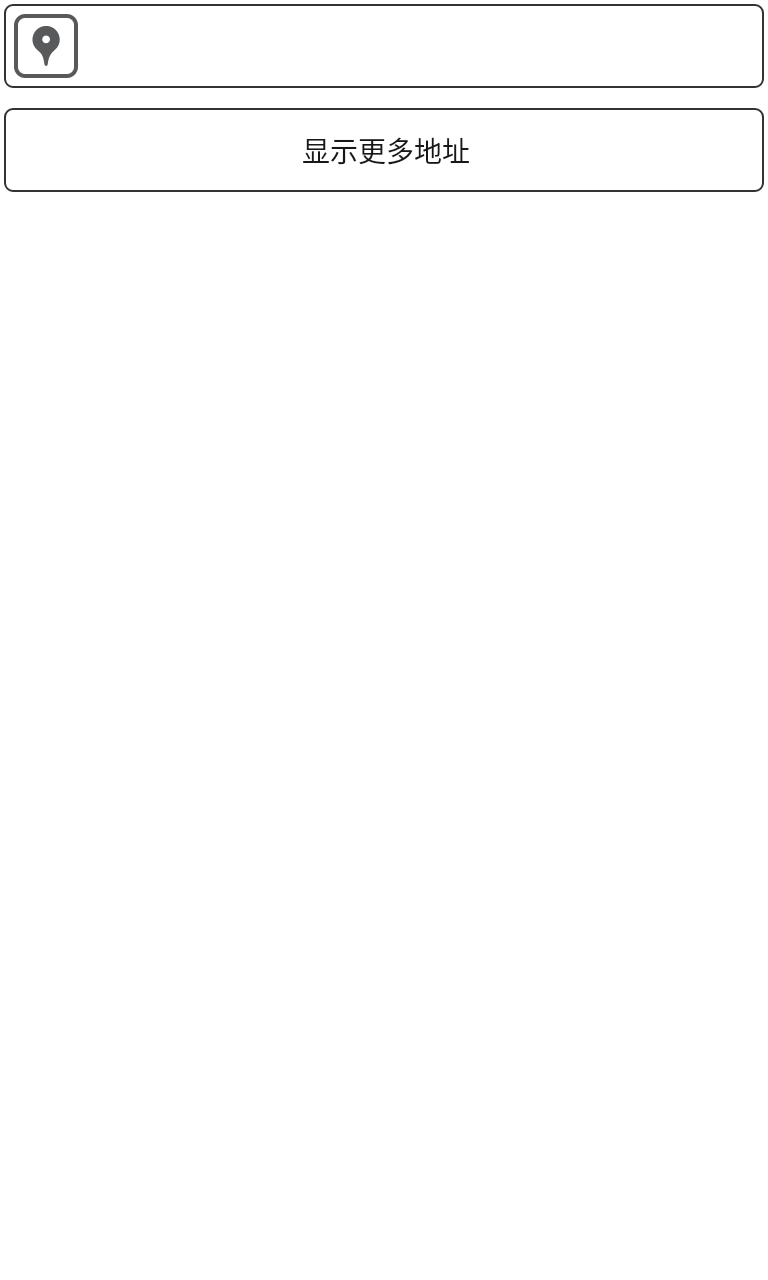
Repository: jornel/Jianjian
Layout: android/res/layout/venue_picker_page.xml
The author's editor kept a copy of each file at every save. The layout is drawn from the files as they stood at one save, then again after the next save.
It is drawn on a 768 x 1280 px phone screen (xhdpi) without system bars, with theme JianjianTheme; the app's code is not run. Lists and similar views that code fills are empty.

Above is the layout before, as saved 2011-06-05 13:43:50.

### android/res/layout/venue_picker_page.xml
<?xml version="1.0" encoding="utf-8"?>

<!-- Copyright 2010 Mark Wyszomierski -->

<LinearLayout
  xmlns:android="http://schemas.android.com/apk/res/android"
  android:orientation="vertical"
  android:layout_width="fill_parent"
  android:layout_height="fill_parent"
  android:padding="2dip"
  android:background="@color/white"
  >

  <LinearLayout
    android:id="@+id/venuePickerRootVenueButton"
    android:layout_width="fill_parent"
    android:layout_height="wrap_content"
    android:orientation="horizontal"
    android:gravity="center_vertical"
    android:paddingTop="5dip"
    android:paddingBottom="5dip"
    android:focusable="true"
    android:background="@drawable/border_round_rect_selector"
    >

    <ImageView
      android:id="@+id/venuePickerIcon"
      android:layout_width="32dip"
      android:layout_height="32dip"
      android:src="@drawable/venue_none"
      android:scaleType="fitCenter"
      android:gravity="center_horizontal"
      android:layout_marginLeft="5dip" />

    <TextView
      android:id="@+id/venuePickerName"
      android:layout_width="fill_parent"
      android:layout_height="wrap_content"
      android:textColor="@color/black_end"
      android:textAppearance="@android:style/TextAppearance.Small"
      android:singleLine="true"
      android:ellipsize="marquee"
      android:layout_gravity="center_vertical"
      android:paddingLeft="9dip" />

  </LinearLayout>

  <LinearLayout
    android:id="@+id/venuePickerRootVenueButton"
    android:layout_width="fill_parent"
    android:layout_height="wrap_content"
	android:minHeight="10dip"
    />

  <ListView
    android:id="@+id/venuePickerListView"
    android:layout_width="fill_parent"
    android:layout_height="wrap_content"
    android:dividerHeight="1dip"
    android:divider="#444"
    android:drawSelectorOnTop="false"
    android:scrollbars="vertical"
    android:cacheColorHint="#FFF" />

  <LinearLayout
    android:id="@+id/venueloadingMoreVenueButton"
    android:layout_width="fill_parent"
    android:layout_height="wrap_content"
    android:orientation="horizontal"
    android:gravity="center_vertical"
    android:paddingTop="5dip"
    android:paddingBottom="5dip"
    android:focusable="true"
    android:background="@drawable/border_round_rect_selector"
    >

    <TextView
      android:id="@+id/venuePickerName"
      android:layout_width="fill_parent"
      android:layout_height="32dip"
      android:text="@string/more_venues"
      android:textColor="@color/black_end"
      android:textAppearance="@android:style/TextAppearance.Small"
      android:gravity="center"
      android:ellipsize="marquee"
      android:paddingLeft="9dip" />

  </LinearLayout>


</LinearLayout>

### android/res/values/sytles.xml
<?xml version="1.0" encoding="utf-8"?>
<resources>
   <style parent="@android:style/Theme.Light" name="JianjianTheme">
   </style>

   <style name="TextViewStyleTabMainNav">
    <item name="android:textSize">12dip</item>
    <item name="android:textColor">@drawable/tab_main_nav_text_selector</item>
   </style>
   <style name="TextViewStyleUserDetailsActivityTitle">
    <item name="android:textSize">20dip</item>
    <item name="android:textColor">@color/white</item>
    <item name="android:textStyle">bold</item>
   </style>
     <style name="TextViewStyleUserDetailsActivityLastSeen">
    <item name="android:textSize">14dip</item>
    <item name="android:textColor">@color/white</item>
  </style>

  <style name="TextViewStyleUserDetailsActivityGeneralTitle">
    <item name="android:textSize">11dip</item>
    <item name="android:textColor">@color/white</item>
    <item name="android:textStyle">bold</item>
  </style>

  <style name="TextViewStyleUserDetailsActivityGeneralValue">
    <item name="android:textSize">18dip</item>
    <item name="android:textColor">@color/white</item>
    <item name="android:textStyle">bold</item>
  </style>

  <style name="TextViewStyleVenueActivityBold">
    <item name="android:textSize">14dip</item>
    <item name="android:textStyle">bold</item>
  </style>

  <!-- Used in user details for adding or confirming a friend. -->
  <style name="friendButton">
    <item name="android:background">@drawable/friend_button_selector</item>
    <item name="android:textAppearance">@android:style/TextAppearance.Small</item>
    <item name="android:textColor">@android:color/white</item>
    <item name="android:padding">5dip</item>
    <item name="android:textStyle">bold</item>
  </style>

    <!-- Header divider used with separated list adapter. -->
  <style name="listSeparatorTextViewStyle">
    <item name="android:layout_width">fill_parent</item>
    <item name="android:layout_height">wrap_content</item>
    <item name="android:paddingTop">3dip</item>
    <item name="android:paddingBottom">4dip</item>
    <item name="android:paddingLeft">9dip</item>
    <item name="android:background">@drawable/listview_header_background</item>
    <item name="android:textAppearance">@style/TextViewStyleHeaderDivider</item>
  </style>

  <style name="TextViewStyleHeaderDivider">
    <item name="android:textSize">14dip</item>
    <item name="android:textColor">#333</item>
    <item name="android:textStyle">bold</item>
  </style>
</resources>

### android/res/values/colors.xml
<?xml version="1.0" encoding="utf-8"?>
  <!-- Copyright (C) 2007 The Android Open Source Project -->

<resources>
    <color
        name="white">#fff</color>
    <color
        name="dark_white">#efefef</color>
    <color
        name="purple_start">#9b256b</color>
    <color
        name="purple_end">#5d2761</color>
    <color
        name="red_bright">#df2212</color>

    <!-- 427BBA, 0f93b8 -->
    <color
        name="blue_start">#0f93b8</color>
    <color
        name="blue_end">#0f93b8</color>
    <color
        name="lgrey_start">#BFC0C0</color>
    <color
        name="lgrey_end">#AEB2B7</color>
    <color
        name="dgrey_start">#4E4F50</color>
    <color
        name="dgrey_end">#2C3137</color>
    <color
        name="item_grey_start">#B4B8BA</color>
    <color
        name="item_grey_end">#62707C</color>
     <color
        name="black_start">#333333</color>
    <color
        name="black_end">#181818</color>
     <color
        name="grey_start">#CBCBCB</color>
    <color
        name="grey_end">#8C9DAE</color>
    <color
        name="blue_badges_mayor">#095b72</color>
    <color
        name="vlgrey">#EEEEEE</color>
    <color
        name="color_score_list_adapter_highlight">#EEEEEE</color>
    <color
        name="color_score_mayor_section_background">#DDDDDD</color>
    <color
        name="color_bright_green">#a6da00</color>
    <color
        name="transparent_color_bright_green">#50a6da00</color>
    <color
        name="tip_detail_actions_background">#c7c7c7</color>
    <color
        name="user_details_activity_general">#FF555555</color>
    <color
        name="transparent">#00000000</color>

</resources>

### android/res/drawable/border_round_rect_selector.xml
<?xml version="1.0" encoding="utf-8"?>

  <!-- Copyright (c) Mark Wyszomierski, 2010. -->

<selector
 xmlns:android="http://schemas.android.com/apk/res/android"
 android:id="@+id/myselector" >

  <!-- Non focused states -->
  <item
    android:state_focused="false"
    android:state_selected="false"
    android:state_pressed="false"
    android:state_enabled="true"
    android:drawable="@drawable/border_round_rect" />

  <item
    android:state_focused="false"
    android:state_selected="true"
    android:state_pressed="false"
    android:state_enabled="true"
    android:drawable="@drawable/border_round_rect" />

  <!-- Focused states -->
  <item
    android:state_focused="true"
    android:state_selected="false"
    android:state_pressed="false"
    android:state_enabled="true"
    android:drawable="@drawable/border_round_rect_on" />

  <item
    android:state_focused="true"
    android:state_selected="true"
    android:state_pressed="false"
    android:state_enabled="true"
    android:drawable="@drawable/border_round_rect_on" />

  <!-- Pressed -->
  <item
    android:state_pressed="true"
    android:drawable="@drawable/border_round_rect_on" />

  <!-- Disabled -->
  <item
    android:state_enabled="false"
    android:drawable="@drawable/border_round_rect_disabled" />

</selector>

### android/res/values/strings.xml
<?xml version="1.0" encoding="utf-8"?>
<resources>
    <string name="hello">Hello World, MainActivity!</string>
    <string name="app_name">Jianjian</string>
    <string name="main_name">随时随地推荐好东西给好友</string>
    <string name="friends_activity_label">jianjian friends</string>
    <string name="recommendit_activity_label">jianjian recommend</string>
    <string name="me_activity_label">jianjian me</string>
    <string name="tab_main_nav_friends">朋友</string>
    <string name="tab_main_nav_products">推荐它</string>
    <string name="tab_main_nav_me">我</string>
    <string name="user_details_activity_general_badges">徽章</string>
    <string name="user_details_activity_general_tips">收藏</string>
    <string name="user_details_activity_general_points">积分</string>
    <string name="user_details_activity_add_friends">添加好友</string>
    <string name="user_details_activity_friend_confirm">确认加为好友</string>
    <string name="user_details_activity_friend_add">加为好友</string>
    <string name="user_details_activity_friends_in_common_text">%d个好友</string>
    <string name="login_get_started">Get Started</string>
    <string name="login_get_started_more">Got a jianjian account? We just need your email or phone# and password</string>
    <string name="login_failed_login_toast">Unable to log in. Please check your phone number and password.</string>
    <string name="login_label">Log-in</string>
    <string name="login_welcome_toast">Welcome to Jianjian!</string>
    <string name="login_dialog_message">Please wait while logging into Jianjian...</string>
    <string name="login_dialog_title">Logging in...</string>
    <string name="phone_number">Phone Number</string>
    <string name="phone_number_or_email">Username or Email</string>
    <string name="password">Password</string>
    <string name="need_an_account">Need an account?</string>

    <string name="product_info_separator_text">商品信息</string>
    <string name="hint_product_name">商品名称</string>
    <string name="hint_product_price">0.00</string>
    <string name="hint_product_currency">元</string>
    <string name="recommend_info_separator_text">推荐描述</string>
    <string name="hint_recommend_description">为你的推荐说两句...</string>
    <!-- Menu -->
    <string name="refresh">Refresh</string>
    <string name="preferences_logout_title">Logout</string>
    <string name="preferences_exit_title">Exit</string>
    <string name="loading_venue_product">加载商品地址...</string>
    <string name="pickup_venue_product">选择商品地址</string>
    <string name="recommenditbtn">推荐给好友</string>
    <string name="recommendit_progress_bar_title_recommendit">加载商品</string>


    <string name="submitting_the_recommendation">正在提交推荐...</string>
    <string name="add_recommend_it_fail">提交推荐时发生了错误，请重新试一下</string>

    <string name="venue_picker_dialog_title">选择一个地址</string>
    <string name="more_venues">显示更多地址</string>


    <!-- test user string -->
    <string name="testuserid1">鲶鱼哥哥</string>
    <string name="male">male</string>
</resources>

### android/res/drawable/border_round_rect.xml
<?xml version="1.0" encoding="utf-8"?>

  <!-- Copyright (c) Mark Wyszomierski, 2010. -->

<shape xmlns:android="http://schemas.android.com/apk/res/android">
  <stroke android:width="1dip" android:color="#333" />
  <padding android:left="0dip" android:top="7dip" android:right="7dip" android:bottom="7dip" />
  <corners android:radius="4dip" />
  <solid android:color="#FFF" />
</shape>

### android/res/drawable/border_round_rect_on.xml
<?xml version="1.0" encoding="utf-8"?>

  <!-- Copyright (c) Mark Wyszomierski, 2010. -->

<shape xmlns:android="http://schemas.android.com/apk/res/android">
  <stroke android:width="1dip" android:color="#333" />
  <padding android:left="0dip" android:top="7dip" android:right="7dip" android:bottom="7dip" />
  <corners android:radius="4dip" />
  <solid android:color="#FF9A31" />
</shape>

### android/res/drawable/border_round_rect_disabled.xml
<?xml version="1.0" encoding="utf-8"?>

  <!-- Copyright (c) Mark Wyszomierski, 2010. -->

<shape xmlns:android="http://schemas.android.com/apk/res/android">
  <stroke android:width="1dip" android:color="#333" />
  <padding android:left="0dip" android:top="7dip" android:right="7dip" android:bottom="7dip" />
  <corners android:radius="4dip" />
  <solid android:color="#D6D3D6" />
</shape>

After the next save:
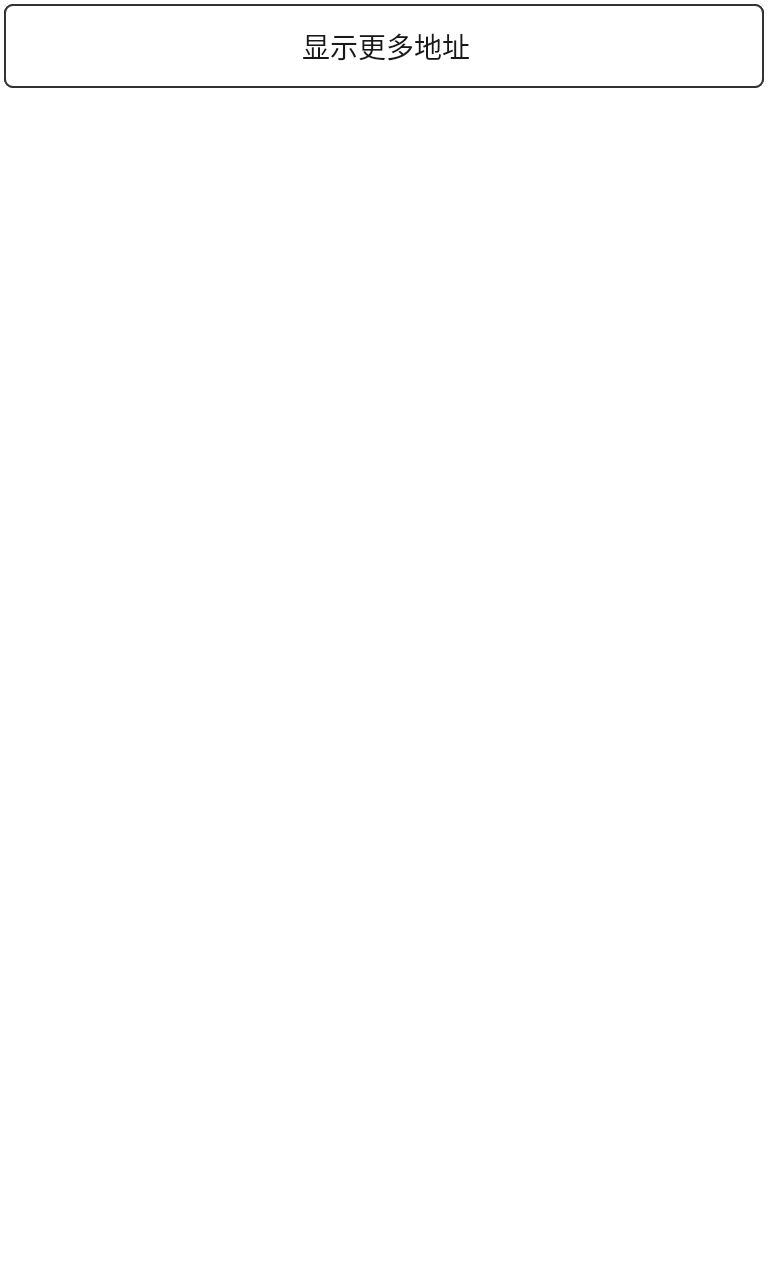
Saved 55 min 25 s later.
--- a/android/res/layout/venue_picker_page.xml
+++ b/android/res/layout/venue_picker_page.xml
@@ -2,7 +2,7 @@
 
 <!-- Copyright 2010 Mark Wyszomierski -->
 
-<LinearLayout
+<RelativeLayout
   xmlns:android="http://schemas.android.com/apk/res/android"
   android:orientation="vertical"
   android:layout_width="fill_parent"
@@ -11,7 +11,7 @@
   android:background="@color/white"
   >
 
-  <LinearLayout
+  <RelativeLayout
     android:id="@+id/venuePickerRootVenueButton"
     android:layout_width="fill_parent"
     android:layout_height="wrap_content"
@@ -43,14 +43,7 @@
       android:layout_gravity="center_vertical"
       android:paddingLeft="9dip" />
 
-  </LinearLayout>
-
-  <LinearLayout
-    android:id="@+id/venuePickerRootVenueButton"
-    android:layout_width="fill_parent"
-    android:layout_height="wrap_content"
-	android:minHeight="10dip"
-    />
+  </RelativeLayout>
 
   <ListView
     android:id="@+id/venuePickerListView"
@@ -60,9 +53,11 @@
     android:divider="#444"
     android:drawSelectorOnTop="false"
     android:scrollbars="vertical"
-    android:cacheColorHint="#FFF" />
+    android:cacheColorHint="#FFF"
+    android:layout_below ="@id/venuePickerRootVenueButton"
+    android:layout_above ="@id/venueloadingMoreVenueButton" />
 
-  <LinearLayout
+  <RelativeLayout
     android:id="@+id/venueloadingMoreVenueButton"
     android:layout_width="fill_parent"
     android:layout_height="wrap_content"
@@ -85,7 +80,7 @@
       android:ellipsize="marquee"
       android:paddingLeft="9dip" />
 
-  </LinearLayout>
+  </RelativeLayout>
 
 
-</LinearLayout>
+</RelativeLayout>
